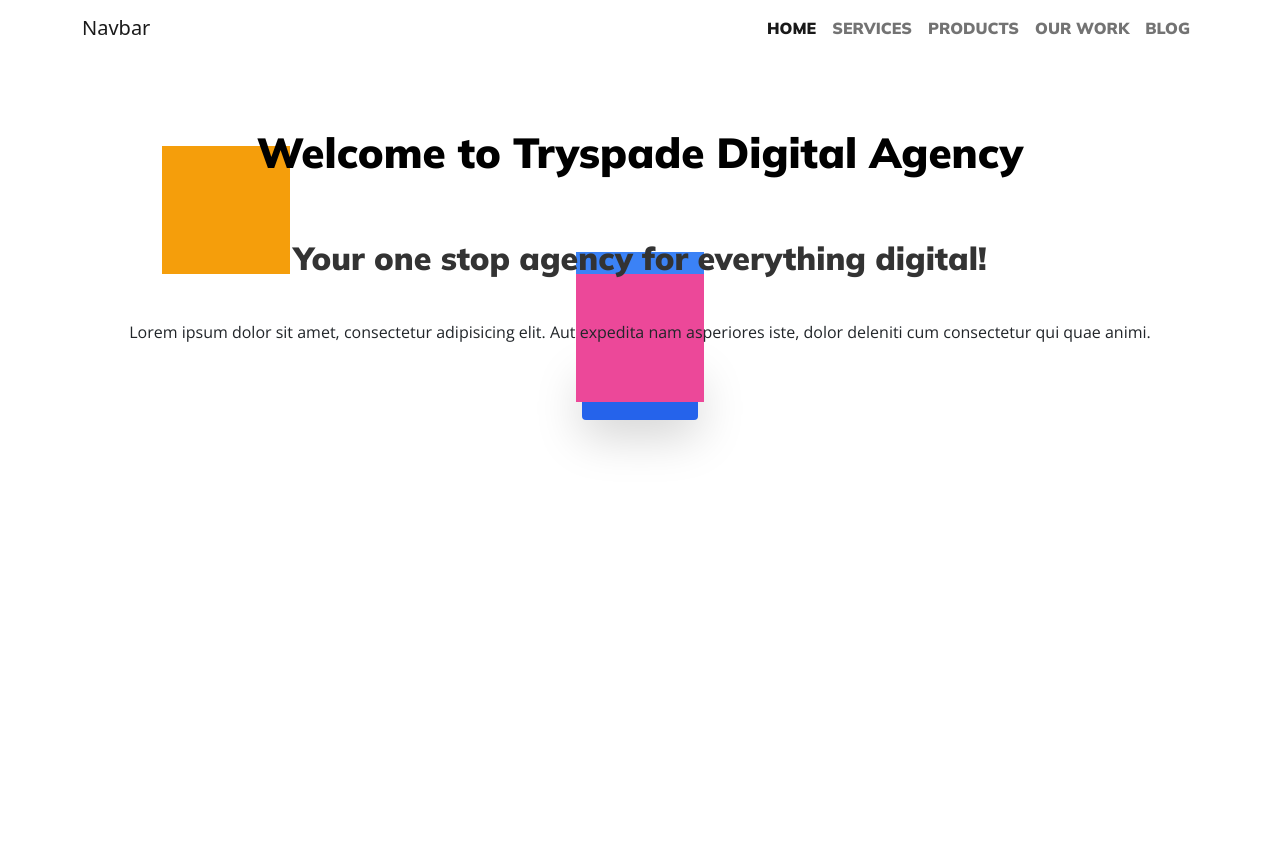
Repository: latenightsnacc/super-octo-fortnight
Page: index.html
An editor plug-in stored every save of this project. The page is shown before and after the next save, followed by the edit.
The browser window is 1280 px wide. The pictures show the whole page.
Some web libraries are served in a nearby version. The style sheet was rebuilt from its Sass, Less or Tailwind sources for each picture, by a compiler version that may differ from the author's.

Above is the page before, as saved 2021-01-29 12:54:40.

After the next save:
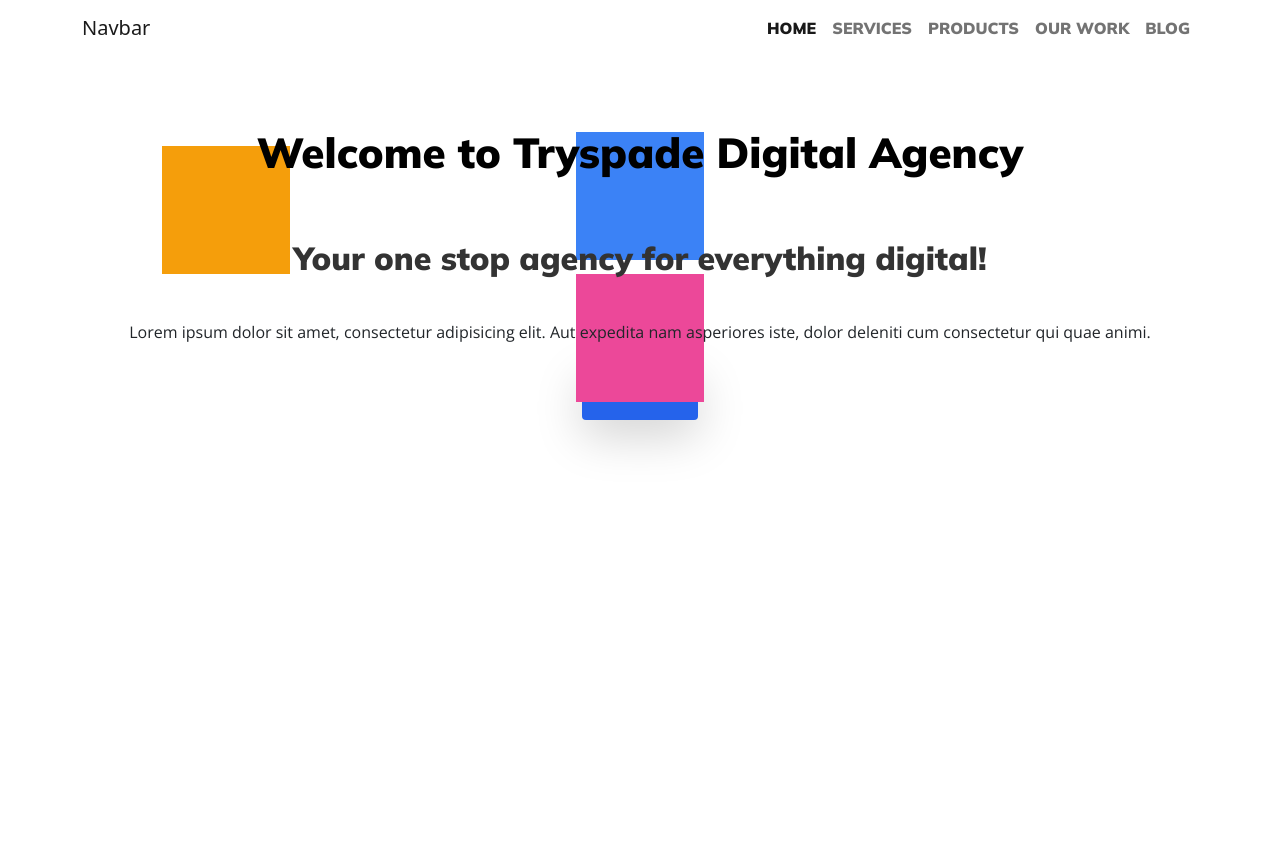
Saved 12 s later.
--- a/index.html
+++ b/index.html
@@ -62,7 +62,7 @@
                     <div class=" absolute bottom-50 left-20">
                         <div class="z-0 border-2 border-yellow-500 bg-yellow-500 w-32 h-32"></div>
                     </div>
-                    <div class="absolute bottom-10 right-30">
+                    <div class="absolute bottom-40 right-30">
                         <div class="z-0 border-2 border-blue-500 bg-blue-500 w-32 h-32"></div>
                     </div>
                     <div class="absolute top-50 left-50">
